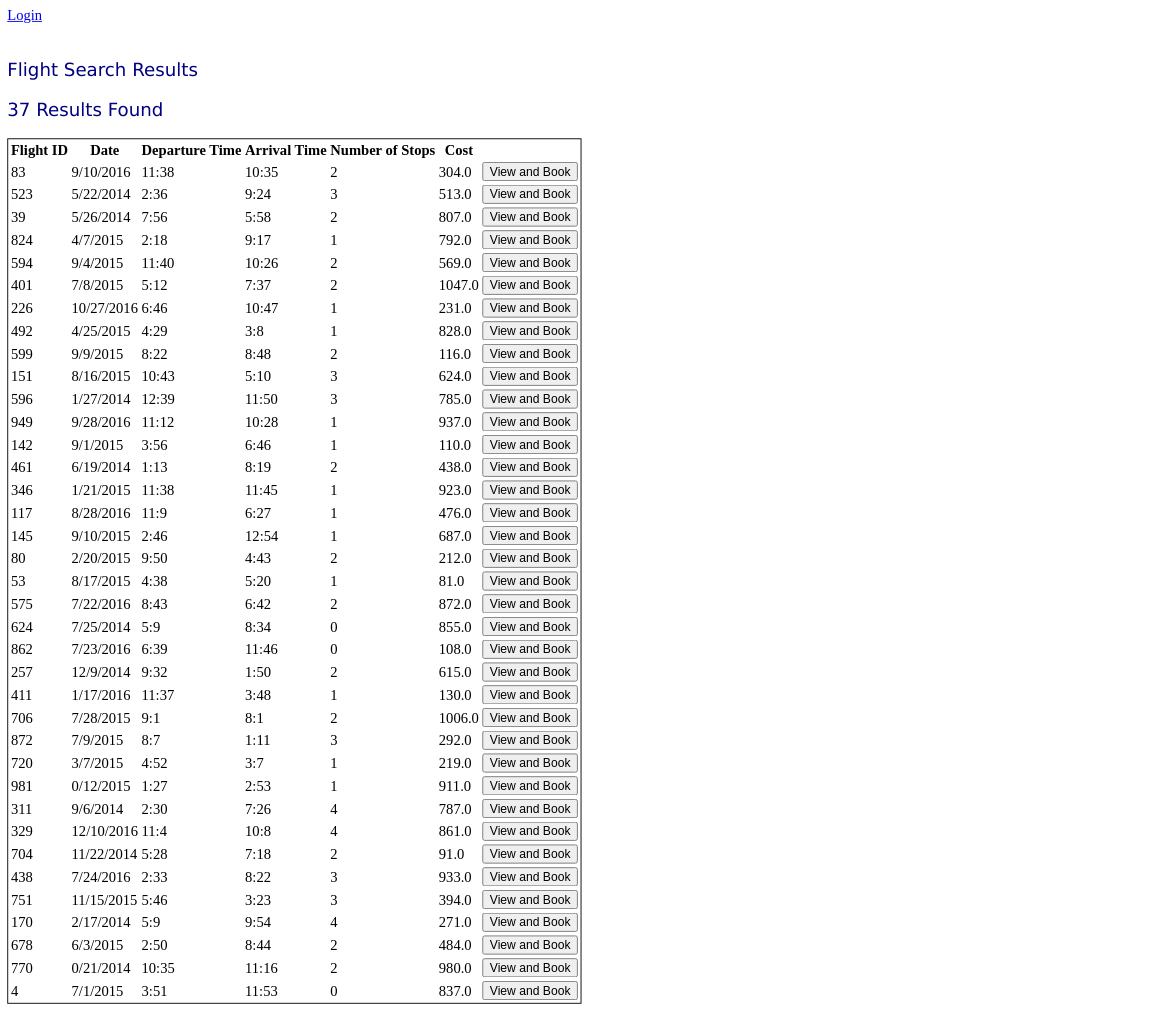
Repository: jliu9000/CSE-464---Flight-Pages
Page: http://localhost/HW1/FlightSearchResults.jsp
The author's editor kept a copy of each file at every save. The page is drawn from the files as they stood at one save, then again after the next save.
The browser window is 1280 px wide. The pictures show the whole page, at 91% of full size.
The page is served by Tomcat 9.

Above is the page before, as saved 2014-09-21 08:29:49.

After the next save:
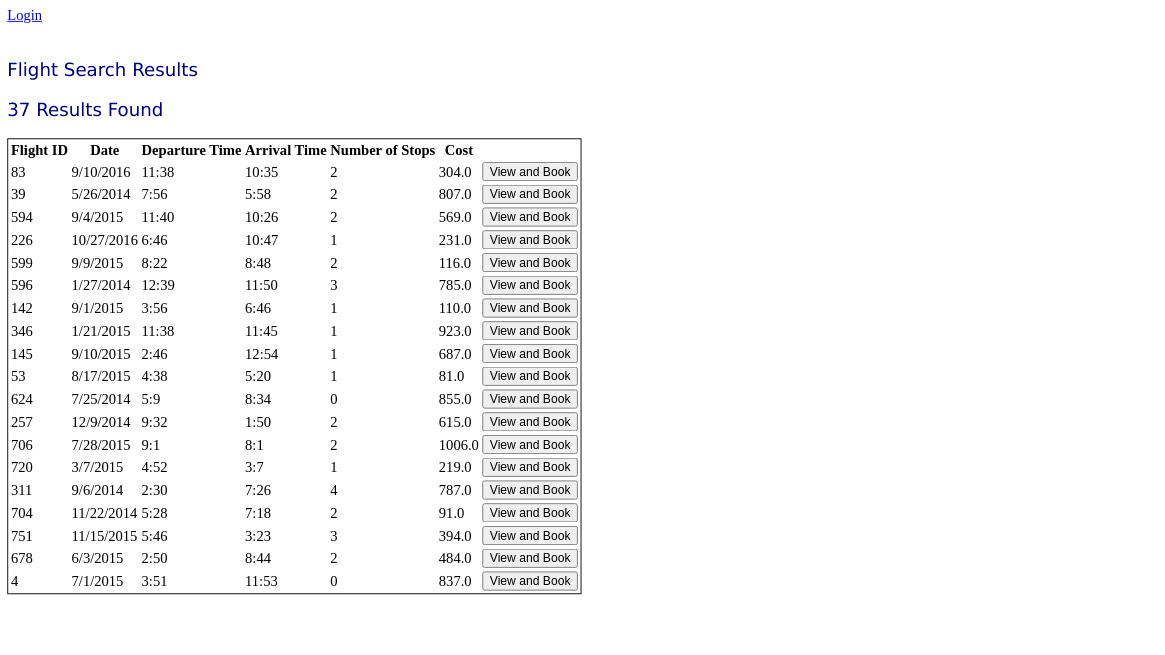
Saved 4 min 20 s later.
--- a/HW1/WebContent/FlightSearchResults.jsp
+++ b/HW1/WebContent/FlightSearchResults.jsp
@@ -12,7 +12,7 @@
 <body>
 
 
-	<%
+	<%  //get the records
 		RecordFactory records = new RecordFactory(0);
 	  	records.generateRecords();
 	%>
@@ -44,7 +44,7 @@
 
 
 		<%for (int i = 0; i<records.TotalRecords(); i++){%>
-		<tr>
+		<tr class=<%= i % 2 == 1 ? "" : "alt" %>'>
 		<%=records.toHTMLTableRow(i) %>
 			<td>
 				<a href="ViewAndBook.jsp"><button>View and Book</button></a>

After the save that followed:
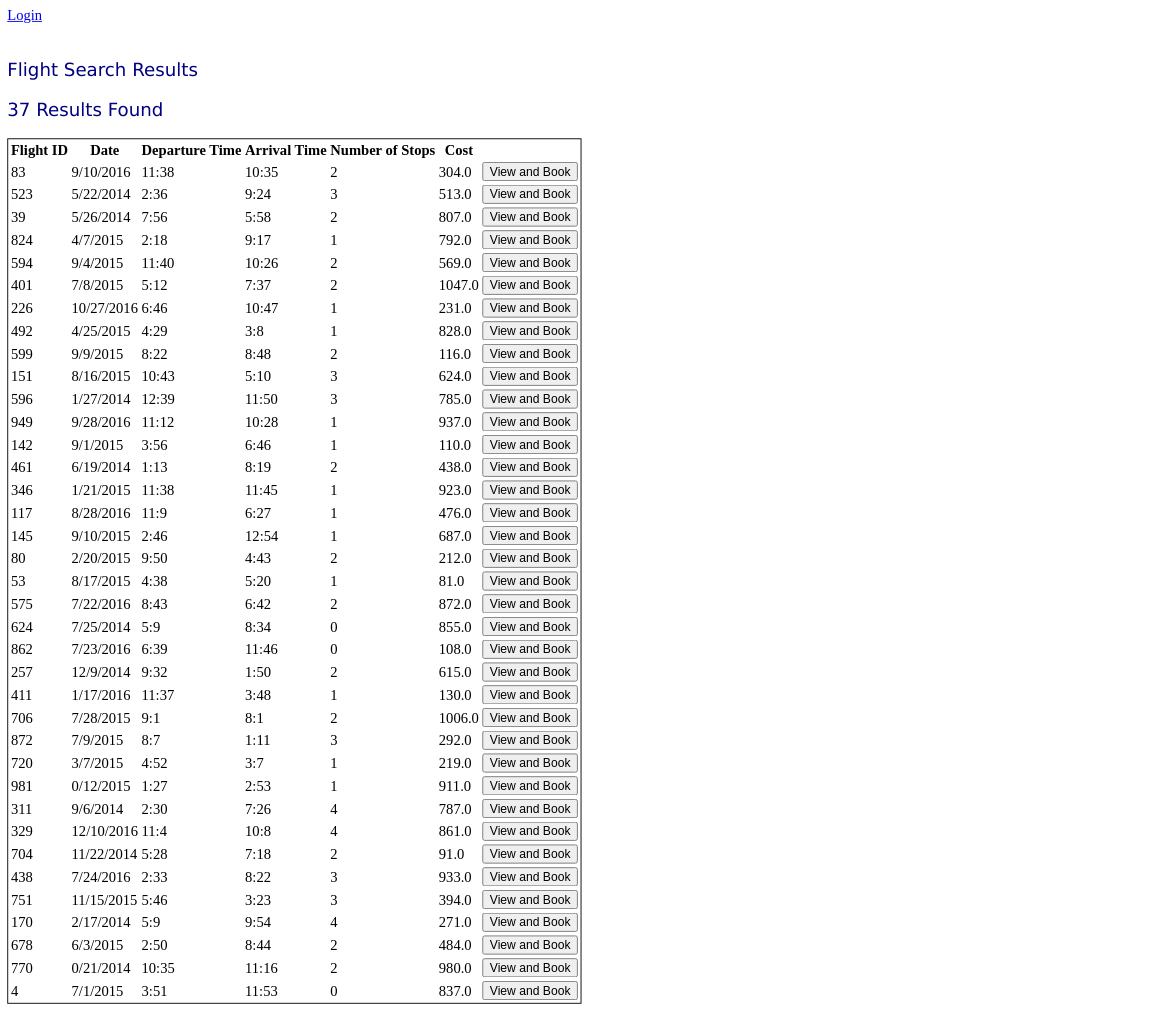
Saved 44 s later.
--- a/HW1/WebContent/FlightSearchResults.jsp
+++ b/HW1/WebContent/FlightSearchResults.jsp
@@ -44,7 +44,7 @@
 
 
 		<%for (int i = 0; i<records.TotalRecords(); i++){%>
-		<tr class=<%= i % 2 == 1 ? "" : "alt" %>'>
+		<tr class='<%= i % 2 == 1 ? "" : "alt" %>'>
 		<%=records.toHTMLTableRow(i) %>
 			<td>
 				<a href="ViewAndBook.jsp"><button>View and Book</button></a>
